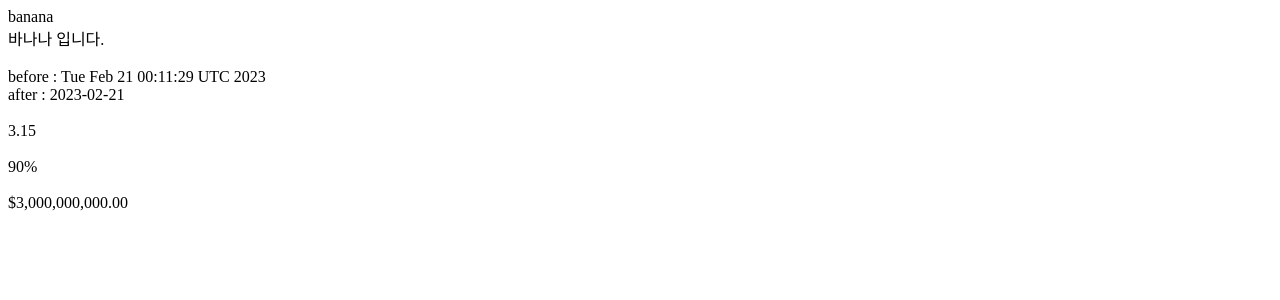
Repository: ssohee98/Web-Study
Page: http://localhost/JSP/el/el_exam.jsp
The author's editor kept a copy of each file at every save. The page is drawn from the files as they stood at one save, then again after the next save.
The browser window is 1280 px wide. The pictures show the whole page.
The page is served by Tomcat 9. Other server files are loaded and not shown.

Above is the page before, as saved 2023-02-24 08:13:36.

### JSP/WebContent/el/el_exam.jsp
<%@page import="kosa.bean.Person" %>
<%@ page language="java" contentType="text/html; charset=UTF-8"
         pageEncoding="UTF-8" %>
<%
    request.setAttribute("name", "kosa");

    Person p = new Person("홍길동");
    request.setAttribute("person", p);
%>

<jsp:forward page="jstl_exam2.jsp">
    <jsp:param value="banana" name="fruit"/>
</jsp:forward>

<!DOCTYPE html>
<html>
<head>
    <meta charset="UTF-8">
    <title>Insert title here</title>
</head>
<body>

</body>
</html>

### JSP/WebContent/el/jstl_exam2.jsp
<%@page import="java.util.Date" %>
<%@ page language="java" contentType="text/html; charset=UTF-8"
         pageEncoding="UTF-8" %>
<%@ taglib prefix="c" uri="http://java.sun.com/jsp/jstl/core" %>
<%@ taglib prefix="fmt" uri="http://java.sun.com/jsp/jstl/fmt" %>
<!DOCTYPE html>
<html>
<head>
    <meta charset="UTF-8">
    <title>Insert title here</title>
</head>
<body>
<c:set var="fruit" value="${param.fruit }"/>
<c:out value="${fruit }"/><br>

<c:if test="${fruit == 'apple' }">
    <c:out value="사과"/><br>
</c:if>

<c:choose>
    <c:when test="${fruit == 'apple' }">
        <c:out value="사과 입니다."/>
    </c:when>
    <c:when test="${fruit == 'banana' }">
        <c:out value="바나나 입니다."/>
    </c:when>
    <c:otherwise>
        <c:out value="기타 과일 입니다."/>
    </c:otherwise>
</c:choose>
<br><br>


<c:set var="now" value="<%= new Date() %>"/>
before : ${now } <br>
after : <fmt:formatDate value="${now }" pattern="yyyy-MM-dd"/><br><br>

<fmt:formatNumber value="3.14542347686" pattern="#.00"/><br><br>
<fmt:formatNumber value="0.9" type="percent"/><br><br>
<fmt:formatNumber value="3000000000" type="currency" currencySymbol="$"/>

</body>
</html>

### JSP/src/kosa/bean/Person.java
package kosa.bean;

public class Person {
	private String name;

	public Person() {}

	public Person(String name) {
		super();
		this.name = name;
	}

	public String getName() {
		return name;
	}

	public void setName(String name) {
		this.name = name;
	}
}

### JSP/WebContent/el/el_result.jsp
<%@page import="kosa.bean.Person" %>
<%@ page language="java" contentType="text/html; charset=UTF-8"
         pageEncoding="UTF-8" %>
<!DOCTYPE html>
<html>
<head>
    <meta charset="UTF-8">
    <title>Insert title here</title>
</head>
<body>
before : <%= request.getAttribute("name") %><br>
after : ${name }<br><br>

before : <%=((Person) request.getAttribute("person")).getName() %><br>
after : ${person.name }<br><br>

before : <%= request.getParameter("fruit") %><br>
after : ${param.fruit }


</body>
</html>

After the next save:
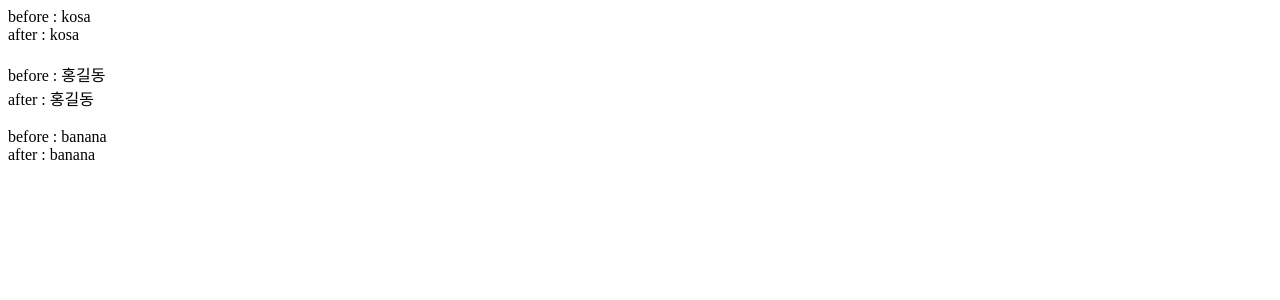
Saved 2 min 58 s later.
--- a/JSP/WebContent/el/el_exam.jsp
+++ b/JSP/WebContent/el/el_exam.jsp
@@ -8,7 +8,11 @@
     request.setAttribute("person", p);
 %>
 
-<jsp:forward page="jstl_exam2.jsp">
+<%-- <jsp:forward page="jstl_exam2.jsp">
+    <jsp:param value="banana" name="fruit"/>
+</jsp:forward> --%>
+
+<jsp:forward page="el_result.jsp">
     <jsp:param value="banana" name="fruit"/>
 </jsp:forward>
 
